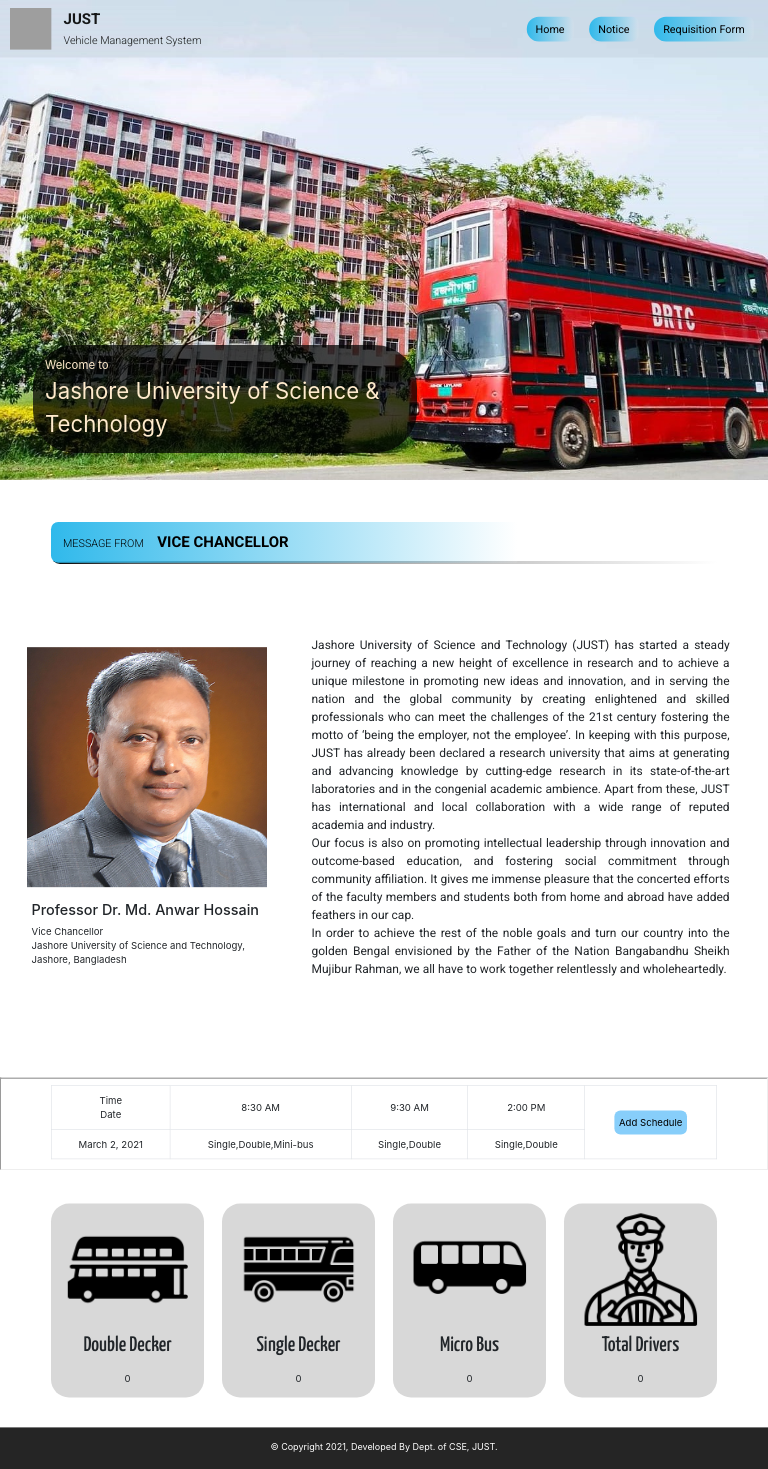
Repository: SMJNayeem/just-vms_project
Page: Front-End/html/home.html
An editor plug-in stored every save of this project. The page is shown before and after the next save, followed by the edit.
The browser window is 1280 px wide. The pictures show the whole page, at 60% of full size.
Pictures or frames that could not be fetched are drawn as grey boxes.

Above is the page before, as saved 2021-03-26 14:38:32.
Console error: TypeError: e.indexOf is not a function

### Front-End/html/home.html
<!DOCTYPE html>
<html lang="en">

<head>
  <meta charset="UTF-8">
  <meta http-equiv="X-UA-Compatible" content="IE=edge">
  <meta name="viewport" content="width=device-width, initial-scale=1.0">
  <title>Home</title>
  <link rel="stylesheet" href="https://cdn.jsdelivr.net/npm/bootstrap@4.6.0/dist/css/bootstrap.min.css"
    integrity="sha384-B0vP5xmATw1+K9KRQjQERJvTumQW0nPEzvF6L/Z6nronJ3oUOFUFpCjEUQouq2+l" crossorigin="anonymous">
  <link rel="preconnect" href="https://fonts.gstatic.com">
  <link href="https://fonts.googleapis.com/css2?family=Roboto:wght@300;400;500;700&display=swap" rel="stylesheet">
  <link rel="preconnect" href="https://fonts.gstatic.com">
  <link href="https://fonts.googleapis.com/css2?family=Yanone+Kaffeesatz:wght@300;400&display=swap" rel="stylesheet">
  <link rel="preconnect" href="https://fonts.gstatic.com">
  <link
    href="https://fonts.googleapis.com/css2?family=Dosis:wght@500;600&family=Yanone+Kaffeesatz:wght@400;500;600&display=swap"
    rel="stylesheet">
  <link rel="stylesheet" href="../css/Home.css">
</head>

<body>

  <div class="header">
    <nav class="navbar navbar-expand-lg navbar-light">
      <a class="navbar-brand" href="#">
        <img src="../img/JUST LOGO.png" class="logo d-inline-block align-top" alt="">
        <span class="textlogo"> <span class="textlogofirst">JUST</span> <br> <span class="textlogosecond">Vehicle
            Management System</span></span>
      </a>
      <button class="navbar-toggler" type="button" data-toggle="collapse" data-target="#navbarSupportedContent"
        aria-controls="navbarSupportedContent" aria-expanded="false" aria-label="Toggle navigation">
        <span class="navbar-toggler-icon"></span>
      </button>

      <div class="collapse navbar-collapse" id="navbarSupportedContent">
        <ul class="navbar-nav ml-auto">
          <li class="nav-item">
            <a class="nav-link" href="#"><span class="navicon">Home</span></a>
          </li>
          <li class="nav-item">
            <a class="nav-link" href="#"><span class="navicon">Notice</span></a>
          </li>
          <li class="nav-item">
            <a class="nav-link" href="#"><span class="navicon">Requisition Form</span></a>
          </li>

      </div>
    </nav>
  </div>


  <!-- Navbar ENDS -->







  <!-- Banner STARTS -->

  <div class="banner">
    <div class="banneritem">
      <div class="content">
        <div class="welcometext">
          <span class="textfirst">Welcome to</span>
          <br>
          <span class="textsecond">Jashore University of Science &amp; Technology</span>
        </div>
      </div>
    </div>
  </div>

  <!-- Banner ENDS -->


  <section class="message">
    <div class="">
      <div class="container">
        <div class="msghead">
          <p class="msgheadp"><span class="msghead1">Message From</span> &nbsp; &nbsp; <span class="msghead2">VICE
              CHANCELLOR</span></p>
        </div>
      </div>
      <div class="messagecontent">
        <div class="row">
          <div class="col-5">

            <div class="card middle">
              <div class="cardtop">
                <img src="../img/vc.jpg" alt="VC">
              </div>
              <div class="cardbottom">
                <br>
                <h4>Professor Dr. Md. Anwar Hossain</h4>
                <p>Vice Chancellor <br>
                  Jashore University of Science and Technology, <br>
                  Jashore, Bangladesh <br></p>
              </div>
            </div>

          </div>
          <div class="col-7">
            <div class="textmessage">
              <p class="msg">
                Jashore University of Science and Technology (JUST) has started a steady journey of reaching a new
                height of excellence in research and to achieve a unique milestone in promoting new ideas and
                innovation, and in serving the nation and the global community by creating enlightened and skilled
                professionals who can meet the challenges of the 21st century fostering the motto of ‘being the
                employer, not the employee’. In keeping with this purpose, JUST has already been declared a research
                university that aims at generating and advancing knowledge by cutting-edge research in its
                state-of-the-art laboratories and in the congenial academic ambience. Apart from these, JUST has
                international and local collaboration with a wide range of reputed academia and industry.
                <br>
                Our focus is also on promoting intellectual leadership through innovation and outcome-based education,
                and fostering social commitment through community affiliation. It gives me immense pleasure that the
                concerted efforts of the faculty members and students both from home and abroad have added feathers in
                our cap.
                <br>
                In order to achieve the rest of the noble goals and turn our country into the golden Bengal envisioned
                by the Father of the Nation Bangabandhu Sheikh Mujibur Rahman, we all have to work together relentlessly
                and wholeheartedly.
              </p>
            </div>
          </div>
        </div>
      </div>
    </div>
  </section>



  <!--schedule STARTS-->


  <section class="cost">
    <iframe src="../html/schedule.html#schedule" scrolling="no" sandbox="allow-scripts" title="Iframe Example"></iframe>
  </section>



  <!-- schedule ENDS -->



  <!-- vehicle Details STARTS -->


  <section class="vehicledetails">
    <div class="container">
      <div class="row">
        <div class="col-3">
          <div class="drop">
            <img src="../img/double-decker-bus.png" alt="">
            <p>Double Decker</p>
            <div class="counter" data-target="8">0</div>
          </div>
        </div>
        <div class="col-3">
          <div class="drop">
            <img src="../img/singleDecker.png" alt="">
            <p>Single Decker</p>
            <div class="counter" data-target="4">0</div>
          </div>
        </div>
        <div class="col-3">
          <div class="drop">
            <img src="../img/microbus.png" alt="">
            <p>Micro Bus</p>
            <div class="counter" data-target="7">0</div>
          </div>
        </div>
        <div class="col-3">
          <div class="drop">
            <img src="../img/driver.png" alt="">
            <p>Total Drivers</p>
            <div class="counter" data-target="23">0</>
            </div>
          </div>
        </div>
      </div>
    </div>
  </section>



  <!-- vehicle Details ENDS -->



  <section class="footer">
    <div class="footercontent">
      <footer> <small>&copy; Copyright 2021, Developed By Dept. of CSE, JUST.</small> </footer>
    </div>
  </section>


  <script src="https://code.jquery.com/jquery-3.5.1.slim.min.js"
    integrity="sha384-DfXdz2htPH0lsSSs5nCTpuj/zy4C+OGpamoFVy38MVBnE+IbbVYUew+OrCXaRkfj"
    crossorigin="anonymous"></script>
  <script src="https://cdn.jsdelivr.net/npm/bootstrap@4.6.0/dist/js/bootstrap.bundle.min.js"
    integrity="sha384-Piv4xVNRyMGpqkS2by6br4gNJ7DXjqk09RmUpJ8jgGtD7zP9yug3goQfGII0yAns"
    crossorigin="anonymous"></script>
  <script src="../Js/waypoints.min.js"></script>
  <script src="../Js/jquery.counterup.min.js"></script>
  <script src="../Js/script.js"></script>
  <script src="../Js/counter.js"></script>
</body>

</html>

### Front-End/css/Home.css
* {
    padding: 0;
    margin: 0;
}

ul,
ol {
    list-style: none;

}

a,
a:hover {
    text-decoration: none;
}

img {
    vertical-align: middle;
}

/* common css end */



/* Navbar STARTS */
.header{
    width: 98%;


}
.navbar{
    position: absolute;
    top: 0;
    left: 0;
    width: 100%;
    background-color: rgba(0, 0, 0, 0.05);
    transition: all linear 0.3s;
    z-index: 999;
}
.logo{
    width: 70px;
    height: 70px;
}
.header .navbar a{
    display: flex;
}
.textlogo{
    height: 70px;
    width: 70px;
    margin-left: 20px;
}
.textlogofirst{
    font-family: 'Roboto', sans-serif;
    font-size: 25px;
    font-weight: 700;
}
.textlogosecond{
    font-family: 'Roboto', sans-serif;
    font-size: 18px;
    font-weight: 300;
}
.navicon{
    width: 100%;
    text-align: justify;
    margin-left: 10px;
    padding: 7px 15px;
    border-radius: 20px 10px 10px 20px;
    background-image: linear-gradient(to right,rgb(48, 185, 235),rgba(255, 255, 255,0.09));
    color: #000;
    font-family: 'Roboto', sans-serif;
    font-size: 18px;
    font-weight: 400;

}

.navbg{
    position: fixed;
    background-color: #fff;
}

/* navbar ENDS*/



/* banner STARTS */

.banner .banneritem{
    background: url(../img/Banner.jpg) no-repeat center/cover;
    height: 800px;
    max-width: 100%;
}

.welcometext{
    position: relative;
    width: 50%;
    top: 575px;
    left: 55px;
    background-color: rgba(0, 0, 0, 0.721);
    color: blanchedalmond;
    text-align: left;
    padding: 20px;
    border-radius: 70px;
    border-style: none;
}

.textfirst{
    font-size: 19px;
}
.textsecond{
    font-size: 37px;
}

/* banner ENDS */








/* message from VC */
.message{
    margin-bottom: 100px;
}
.message .msghead{
    color:black;
    width: 100%;
    height: 70px;
    margin: 70px 0px;
    /* border-bottom: 5px;
    border-image-source: linear-gradient(to left, #743ad5, #d53a9d); */
    background: /* gradient can be an image */
    linear-gradient(
      to right,
      rgb(0, 0, 0) 0%,
      rgb(81, 81, 81) 12%,
      rgb(165, 165, 165) 47%,
      rgb(255, 255, 255) 100%
    )
    left
    bottom
    #fff
    no-repeat;
  background-size:100% 5px ;/* if linear-gradient, we need to resize it */
    line-height: 65px;
    border-radius: 0px 0px 0px 15px;

}
.message .msgheadp{
    height: auto;
    width: 70%;
    background: linear-gradient(to right,rgb(48, 185, 235),rgba(255, 255, 255,0.09));
    /* display: inline-block; */
    padding: 0px 20px;
    text-transform: uppercase;
    border-radius: 12px 0px 0px 12px;

}
.msghead2{
    font-family: 'Roboto', sans-serif;
    font-size: 25px;
    font-weight: 700;
}
.msghead1{
    font-family: 'Roboto', sans-serif;
    font-size: 18px;
    font-weight: 300;
}

.messagecontent{
    width: 95%;
    /* height: 500px; */
    display: flex;
    position: relative;
    padding: 50px 0px;
}
.msg{
    width: 100%;
    text-align: justify;
    font-family: 'roboto', sans-serif;
    font-weight: 400;
    font-size: 20px;
    padding: 0px 0px 0px 0px;

}
.message .messagecontent .middle{
    position: absolute;
    top: 50%;
    left: 50%;
    transform: translate(-50%,-50%);

}
.message .messagecontent .card{
    border: none;
    cursor: pointer;

}
/* .message .card_middle .front{
    margin-top: 20px;
} */

.message .messagecontent .card .cardtop img{
    width: 400px;
    height: 400px;
}
.message .messagecontent .card .cardbottom{
    padding-left: 8px;
}






/* schedule Starts */



.cost iframe{
    width: 100%;

}



/* schedule ENDS */


.vehicledetails{
    margin: 50px 0px;
}

.vehicledetails .drop .counter{
    font-size: 1rem;
    margin: 10px;
}
.vehicledetails .drop{

    background: rgb(216, 216, 216);
    padding: 10px 0px;
    text-align: center;
    border-radius: 30px;
}
.vehicledetails .drop img{
    height: 200px;
    width: 200px;
}

.vehicledetails .drop p{
    font-size: 35px;
    font-family: 'Yanone Kaffeesatz', sans-serif;
    font-weight: 500;
}

/* vehicle Details ends */


.footer .footercontent{
    width: 100%;
    height: 70px;
    padding: 20px 0px;
    background-color:rgb(37, 37, 37);
    text-align: center;
    color: #fff;
}

.footer .footercontent small{
    font-size: 15px;
    line-height: 25px;
}

### Front-End/Js/script.js
$(function(){

    $(window).scroll(function(){
        var scrolling = $(this).scrollTop();


        if(scrolling > 90){
            $('.navbar').addClass('navbg');
        } else{
            $('.navbar').removeClass('navbg')
        }
    });

});

### Front-End/Js/counter.js
$(function(){

    $('.counter').counterUp({
        delay: 1000,
        time: 2000
    });



});

### Front-End/html/schedule.html
<!DOCTYPE html>
<html lang="en">
<head>
    <meta charset="UTF-8">
    <meta http-equiv="X-UA-Compatible" content="IE=edge">
    <meta name="viewport" content="width=device-width, initial-scale=1.0">
    <link rel="stylesheet" href="https://cdn.jsdelivr.net/npm/bootstrap@4.6.0/dist/css/bootstrap.min.css" integrity="sha384-B0vP5xmATw1+K9KRQjQERJvTumQW0nPEzvF6L/Z6nronJ3oUOFUFpCjEUQouq2+l" crossorigin="anonymous">
    <link rel="preconnect" href="https://fonts.gstatic.com">
    <link href="https://fonts.googleapis.com/css2?family=Roboto:wght@300;400;500;700&display=swap" rel="stylesheet">
    <link rel="stylesheet" href="../css/schedule.css">
    <title>Schedule</title>
</head>
<body>

  <section class="schedule" id="schedule">
    <div class="container">
      <table class="table table-bordered">
        <tr>
          <td>Time <br> Date</td>
          <td>8:30 AM</td>
          <td>9:30 AM</td>
          <td>2:00 PM</td>
          <td rowspan="2"> <button class="addschedule">Add Schedule</button></td>
        </tr>
        <tr>
          <td>March 2, 2021</td>
          <td>Single,Double,Mini-bus</td>
          <td>Single,Double</td>
          <td>Single,Double</td>
        </tr>
      </table>
    </div>
  </section>


  <!-- Navbar ENDS -->
      <script src="https://code.jquery.com/jquery-3.5.1.slim.min.js" integrity="sha384-DfXdz2htPH0lsSSs5nCTpuj/zy4C+OGpamoFVy38MVBnE+IbbVYUew+OrCXaRkfj" crossorigin="anonymous"></script>
      <script src="https://cdn.jsdelivr.net/npm/bootstrap@4.6.0/dist/js/bootstrap.bundle.min.js" integrity="sha384-Piv4xVNRyMGpqkS2by6br4gNJ7DXjqk09RmUpJ8jgGtD7zP9yug3goQfGII0yAns" crossorigin="anonymous"></script>
</body>
</html>

### Front-End/css/schedule.css
* {
    padding: 0;
    margin: 0;
}

ul,
ol {
    list-style: none;

}

a,
a:hover {
    text-decoration: none;
}

img {
    vertical-align: middle;
}

/* common css end */







/* Navbar */
.header{
    width: 100%;


}
.navbar{
    top: 0;
    left: 0;
    width: 100%;
    padding: 4px 2%;
    background-color: #fff;
    transition: all linear 0.3s;
    z-index: 999;
    box-shadow: 0px 5px 4px rgba(128, 128, 128, 0.387);
}
.logo{
    width: 70px;
    height: 70px;
}
.header .navbar a{
    display: flex;
}
.textlogo{
    height: 70px;
    width: 70px;
    margin-left: 20px;
}
.textlogofirst{
    font-family: 'Roboto', sans-serif;
    font-size: 25px;
    font-weight: 700;
}
.textlogosecond{
    font-family: 'Roboto', sans-serif;
    font-size: 18px;
    font-weight: 300;
}
.navicon{
    height: 35px;
    width: 135px;
    text-align: left;
    line-height: 30px;
    padding-left: 15px;
    padding-top: 3px;
    border-radius: 20px 10px 10px 20px;
    background-image: linear-gradient(to right,rgb(48, 185, 235),rgba(255, 255, 255,0.09));
    color: #000;
    font-family: 'Roboto', sans-serif;
    font-size: 15px;
    font-weight: 400;
}


/* navbar ENDS*/



/* Schedule STARTS */

.schedule .table{
    margin-top: 50px;

}
.schedule .table tr td{
    text-align: center;
    vertical-align: middle;
}
.schedule .table tr td .addschedule{
    padding: 8px;
    border: none;
    border-radius: 10px;
    background-color: lightskyblue;

}

Loaded but not shown: Front-End/Js/waypoints.min.js (library); Front-End/Js/jquery.counterup.min.js (library)

After the next save:
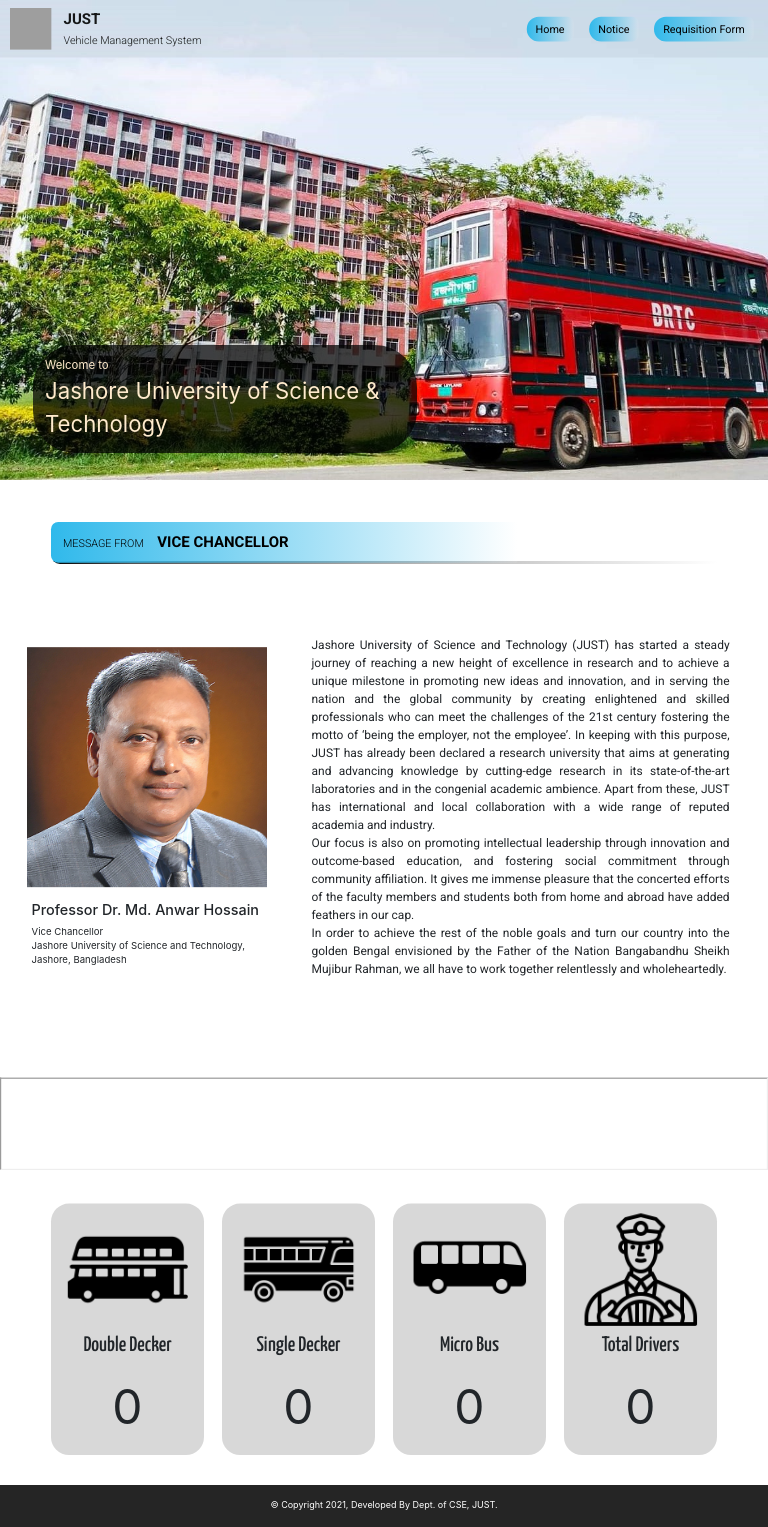
Saved 16 s later.
--- a/Front-End/css/Home.css
+++ b/Front-End/css/Home.css
@@ -232,7 +232,7 @@
 }
 
 .vehicledetails .drop .counter{
-    font-size: 1rem;
+    font-size: 5rem;
     margin: 10px;
 }
 .vehicledetails .drop{
